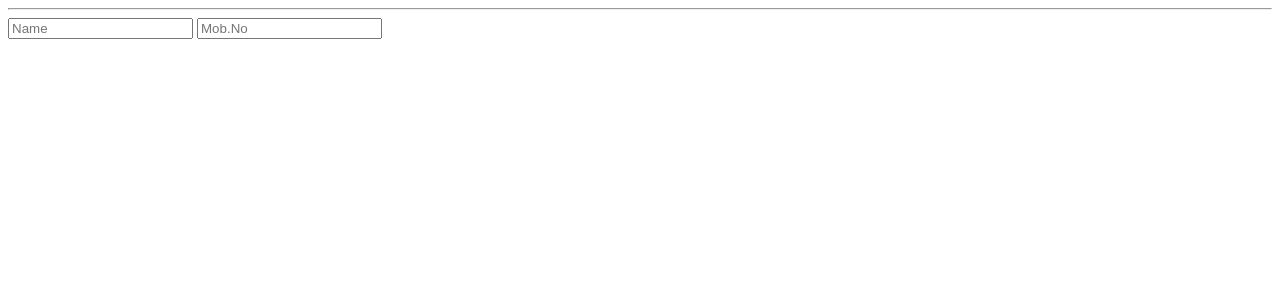
Repository: prathmeshgodbole/Web_Development
Page: Online_Lectuer_Practice/Form_Practice.html
These files come from the project's save history. The page is drawn as it stood at one moment and after the next save; the edit follows.
The browser window is 1280 px wide. The pictures show the whole page.

Above is the page before, as saved 2020-07-03 10:59:05.

After the next save:
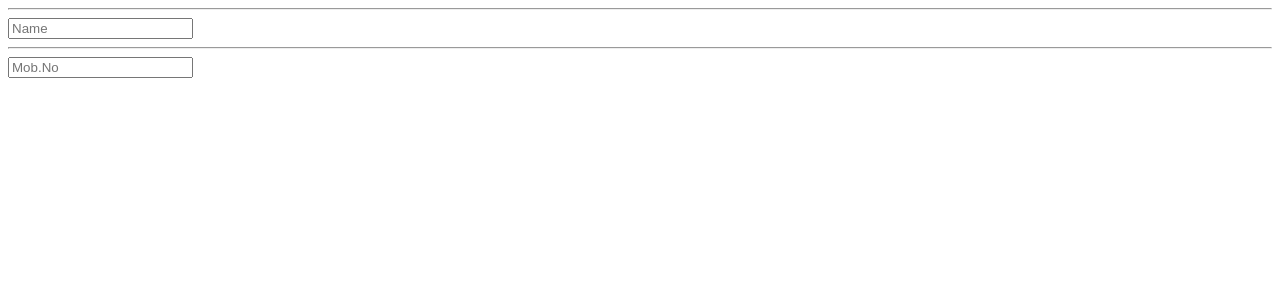
Saved 23 s later.
--- a/Online_Lectuer_Practice/Form_Practice.html
+++ b/Online_Lectuer_Practice/Form_Practice.html
@@ -12,7 +12,8 @@
     <hr>
 
     <input type="text" placeholder="Name">
-    <input type="number" placeholder="Mob.No">
+    <hr>
+    <input type="" placeholder="Mob.No">
 </body>
 
 </html>
